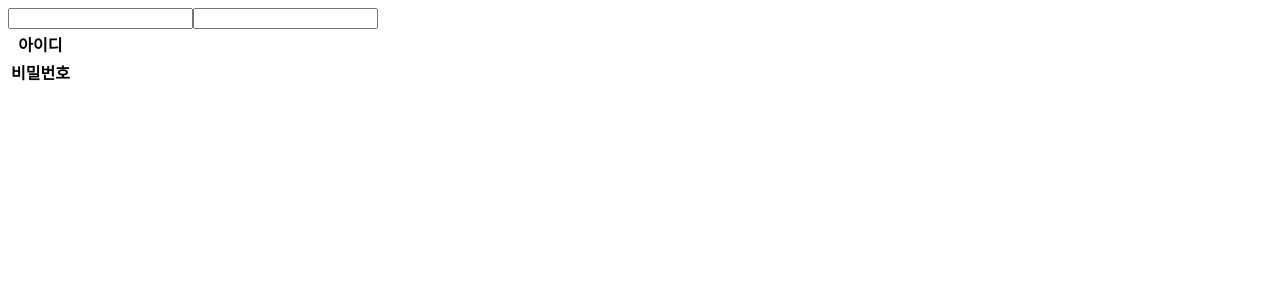
Repository: ssookkdduugg/jsp
Page: http://localhost/Hello/login.jsp
The author's editor kept a copy of each file at every save. The page is drawn from the files as they stood at one save, then again after the next save.
The browser window is 1280 px wide. The pictures show the whole page.
The page is served by Tomcat 9.

Above is the page before, as saved 2023-09-19 03:33:09.

After the next save:
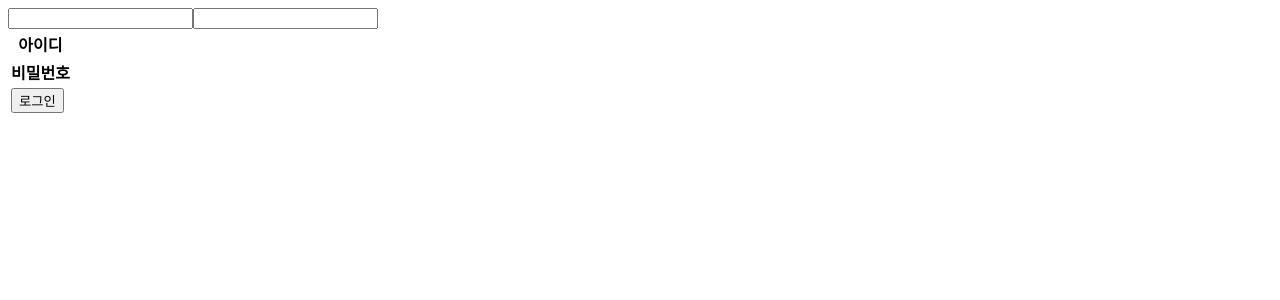
Saved 42 s later.
--- a/Hello/src/main/webapp/login.jsp
+++ b/Hello/src/main/webapp/login.jsp
@@ -11,6 +11,7 @@
 <form action="/Login" method="post">
 	<tr><th>아이디</th></td><input type="text" name="id"></td></tr>
 	<tr><th>비밀번호</th></td><input type="password" name="password"></td></tr>
+	<tr><td colspan="2"><input type="submit" value="로그인"></td></tr>
 </table>
 </form>
 </body>
